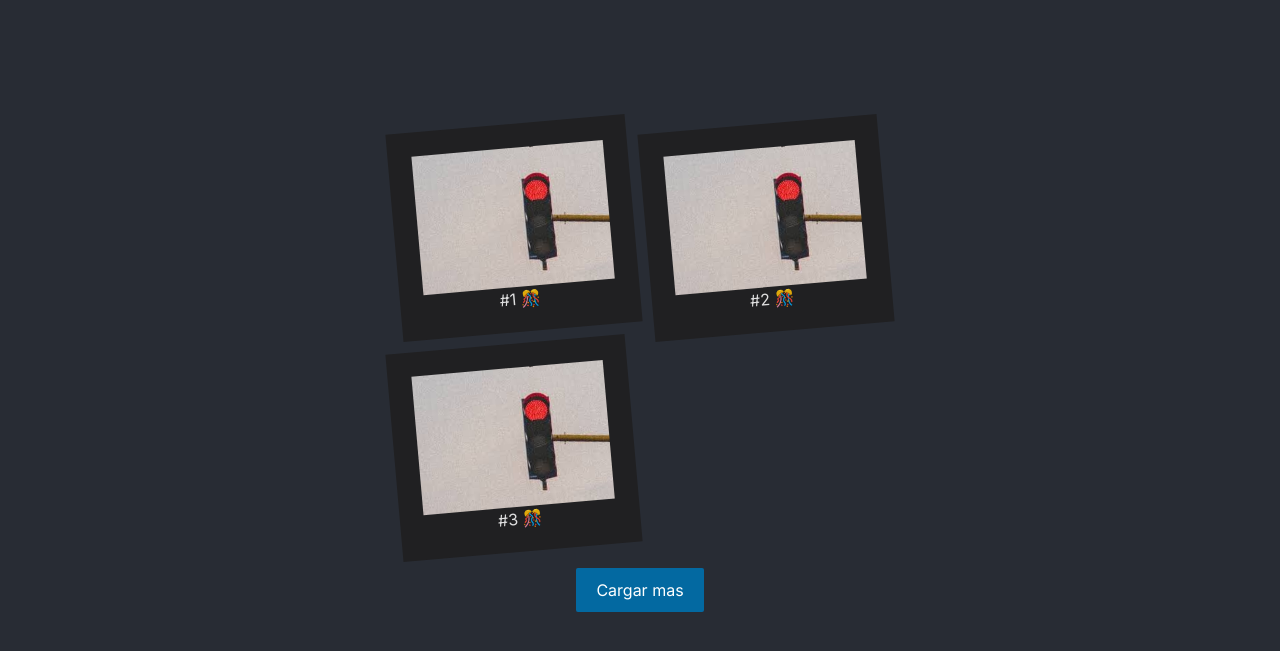
Repository: devsecops-node/simple-play
Page: /recomendations
These files come from the project's save history. The page is drawn as it stood at one moment and after the next save; the edit follows.
The browser window is 1280 px wide. The pictures show the whole page.
The project was rebuilt for these pictures with package versions that can differ from the ones it lists, and the page was loaded fresh each time. The framework's server and built-in components were replaced by stand-ins that run in the browser. Also part of the build but not shown: next.config.mjs.

Above is the page before, as saved 2024-06-21 20:10:45.

### src/app/recomendations/page.tsx
"use client"
import React from 'react'
import Container from '../_components/Container'
import Card from '../_components/Card'
import styles from "../_styles/cards.module.css"
import { useState, useRef } from 'react'

export interface RecomendationUI2 {
  id: number
  recomenda: string
  imagen: string
}

const page = () => {
  const [hover, setHover] = useState(false);
  const [count, setCount] = useState(0)
  const recom: RecomendationUI2[] = [
    { id: 1, imagen: '/semaforo.jpg', recomenda: 'Cuando sonries, el mundo entero se detiene, porque no puedes verlo ⭐' },
    { id: 2, imagen: '/semaforo.jpg', recomenda: 'Si me preguntas que si te ves bien, diria que no hay nada que cambiaria, eres increible, tal como eres. Asi que si puedes' },
    { id: 3, imagen: '/semaforo.jpg', recomenda: 'Ya deja de preocuparte, recuerda que' }]

  const rightMove = () => {
    console.log(count)
    if (count < 0) {
      setCount(count + 1)
    }
    setCount(count + 1)
  }

  const leftMove = () => {
    console.log(count)
    if (count < 0) {
      setCount(count - 1)
    }
  }
  return (
    <Container>
      <div className={styles.container}>
        <div className={styles.cards}>
          {recom.map((dat) => (
            <Card key={dat.id} recomenda={dat} />
          ))}
        </div>

      </div>
      <p className={`self-center z-10 transition-all duration-150 tracking-tighter text-[15px] font-bold  ${(count % 3 === 0 && count > 0) ? 'block' : 'hidden'}`}>No se puede <span className='text-red-500'>Cargar Mas</span> si no haces click</p>
      <button
        onMouseEnter={() => rightMove()}
        onTouchStart={() => rightMove()}
        className={`px-1 py-1 bg-sky-700 rounded-sm ${styles.animation_button}  ${(count % 3 === 0) ? styles.midle : (count % 2 === 0) ? styles.start : styles.final}`}
      >
        Cargar mas
      </button>
    </Container>
  )
}

export default page

### src/app/globals.css
@tailwind base;
@tailwind components;
@tailwind utilities;

:root {
  --foreground-rgb: 0, 0, 0;
  --background-start-rgb: 214, 219, 220;
  --background-end-rgb: 255, 255, 255;
}

@media (prefers-color-scheme: dark) {
  :root {
    --foreground-rgb: 255, 255, 255;
    --background-start-rgb: 0, 0, 0;
    --background-end-rgb: 0, 0, 0;
  }
}

body {
  color: rgb(var(--foreground-rgb));
  background: linear-gradient(to bottom,
      transparent,
      rgb(var(--background-end-rgb))) rgb(var(--background-start-rgb));
}

@layer utilities {
  .text-balance {
    text-wrap: balance;
  }
}

input {
  color: black;
  padding: 3px 5px;
  border-radius: 0.125rem;
  -webkit-border-radius: 0.125rem;
  -moz-border-radius: 0.125rem;
  -ms-border-radius: 0.125rem;
  -o-border-radius: 0.125rem;
  font-size: 15px;
  border: none;
}

input[type=text]:focus {
  outline: 2px solid #0284c7;
}
/* Resource for Card */

### src/app/_components/Container.tsx
import React from 'react'

const Container = ({ children }: { children: React.ReactNode }) => {
  return (
    <div className='bg-[#282c34] h-screen text-white flex flex-col items-center justify-center'>
      {children}
    </div>
  )
}

export default Container

### src/app/_components/Card.tsx
"use client"
import React, { useState } from 'react'
import styles from "../_styles/cards.module.css"
import { RecomendationUI2 } from '../recomendations/page'

// h-[120px] w-[200px] cursor-pointer p-4 rounded-md bg-white shadow-md text-black transition-all duration-150 hover:scale-105
const Card = ({ recomenda }: { recomenda: RecomendationUI2 }) => {
  const [status, setStatus] = useState(false)
  return (
    <div className={styles.card} onMouseEnter={() => setStatus(true)} onMouseLeave={() => setStatus(false)}>
      <img src={`${recomenda.imagen}`} alt="not founf" className='z-0' />
      <h2 className={styles.card_title}>#{recomenda.id} 🎊</h2>
      {status ? (<p className={styles.texto}>{recomenda.recomenda}</p>) : null}
    </div>
  )
}

export default Card

### src/app/_styles/cards.module.css
.container {
  /* width: 100%; */
  padding: 1rem 0;
  display: grid;
  place-content: center;

  .cards {
    display: grid;
    grid-template-columns: repeat(2, 1fr);
    gap: 0.75rem;
    pointer-events: none;
  }
}

.card {
  height: 13rem;
  width: 15rem;
  color: #ffffffda;
  padding: 1.5rem;
  background-color: #202022;
  pointer-events: auto;
  opacity: 1;
  transition: all 0.5s ease-in-out;
  display: flex;
  justify-items: center;
  align-items: center;
  flex-direction: column;
  -webkit-transition: all 0.5s ease-in-out;
  -moz-transition: all 0.5s ease-in-out;
  -ms-transition: all 0.5s ease-in-out;
  -o-transition: all 0.5s ease-in-out;
  transform: rotate(-5deg);
}
@media(max-width:720px){
  .card{
    min-height: 8rem;
    width: 10rem;
    overflow-y: scroll;
  }
  .texto{
    letter-spacing: -0.05em;
    font-size: 12px;
  }
}

.card:hover {
  transform: scale(1.2);
  -webkit-transform: scale(1.2);
  -moz-transform: scale(1.2);
  -ms-transform: scale(1.2);
  -o-transform: scale(1.2);
  border: 1px solid wheat;
  z-index: 10;
}
.card_title{
  margin: auto 0;
}
.animation_button{
  padding: 10px 20px;
  font-size: 16px;
  cursor: pointer;
  position: relative;
  transition: transform 0.5s ease;
  -webkit-transition: transform 0.5s ease;
  -moz-transition: transform 0.5s ease;
  -ms-transition: transform 0.5s ease;
  -o-transition: transform 0.5s ease;
}
.animation_button {
  transition: all 0.5s ease-in-out;
  align-self: center;
  -webkit-transition: all 0.5s ease-in-out;
  -moz-transition: all 0.5s ease-in-out;
  -ms-transition: all 0.5s ease-in-out;
  -o-transition: all 0.5s ease-in-out;
}
.start{
  align-self: flex-start;
  background-color: red;
}
.middle{
  align-self: center;
  background-color: blue;
}
.final{
  align-self: self-end;
  background-color: green;
}

Loaded but not shown: src/app/layout.tsx (common file); tailwind.config.ts (common file)

After the next save:
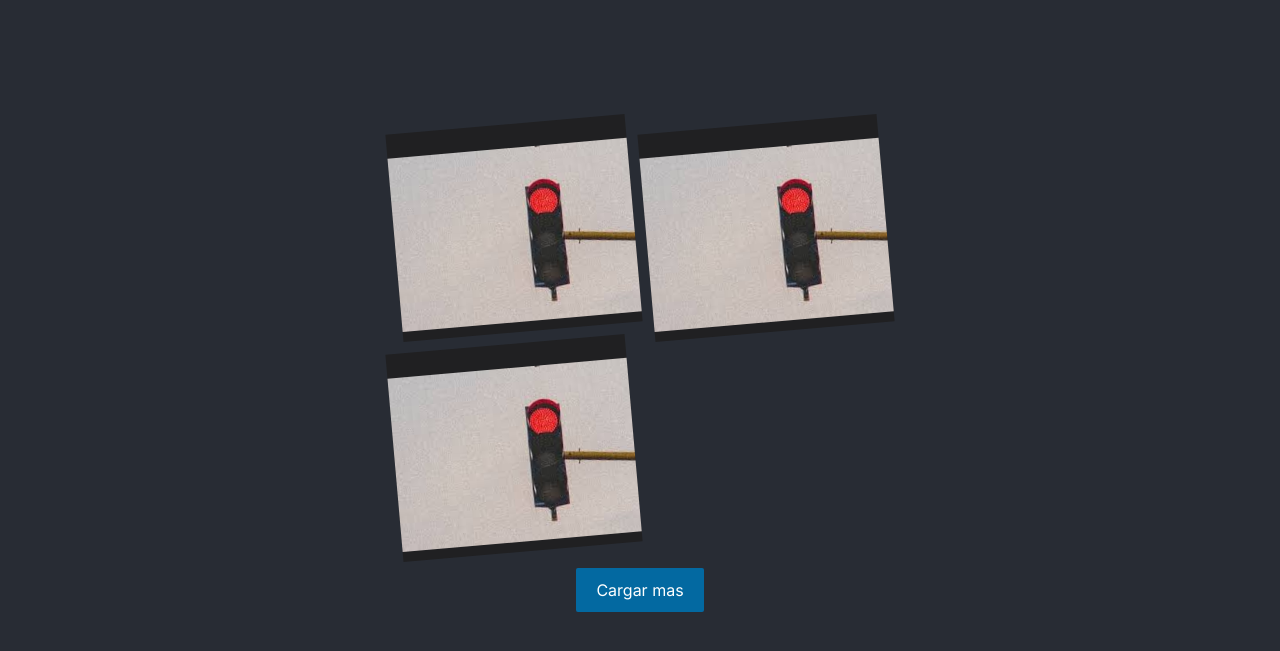
Saved 7 s later.
--- a/src/app/_components/Card.tsx
+++ b/src/app/_components/Card.tsx
@@ -8,7 +8,7 @@
   const [status, setStatus] = useState(false)
   return (
     <div className={styles.card} onMouseEnter={() => setStatus(true)} onMouseLeave={() => setStatus(false)}>
-      <img src={`${recomenda.imagen}`} alt="not founf" className='z-0' />
+      <img src={`${recomenda.imagen}`} alt="not founf" className='z-0 absolute' />
       <h2 className={styles.card_title}>#{recomenda.id} 🎊</h2>
       {status ? (<p className={styles.texto}>{recomenda.recomenda}</p>) : null}
     </div>

After the 2 saves that followed:
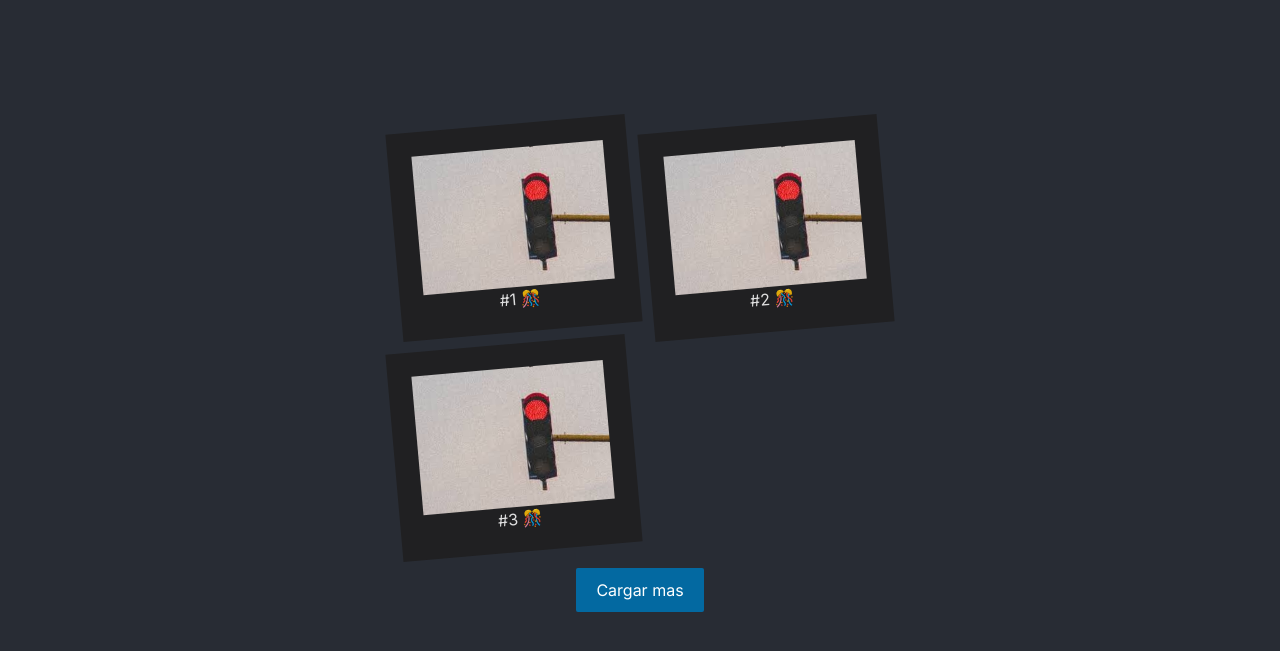
The 2 saves are shown as one change because 1 left the picture as it was.
The last was saved 61 s later.
--- a/src/app/_components/Card.tsx
+++ b/src/app/_components/Card.tsx
@@ -8,7 +8,7 @@
   const [status, setStatus] = useState(false)
   return (
     <div className={styles.card} onMouseEnter={() => setStatus(true)} onMouseLeave={() => setStatus(false)}>
-      <img src={`${recomenda.imagen}`} alt="not founf" className='z-0 absolute' />
+      <img src={`${recomenda.imagen}`} alt="not founf" className={styles.imagen} />
       <h2 className={styles.card_title}>#{recomenda.id} 🎊</h2>
       {status ? (<p className={styles.texto}>{recomenda.recomenda}</p>) : null}
     </div>
--- a/src/app/_styles/cards.module.css
+++ b/src/app/_styles/cards.module.css
@@ -13,6 +13,8 @@
 }
 
 .card {
+  position: relative;
+  z-index: 10;
   height: 13rem;
   width: 15rem;
   color: #ffffffda;
